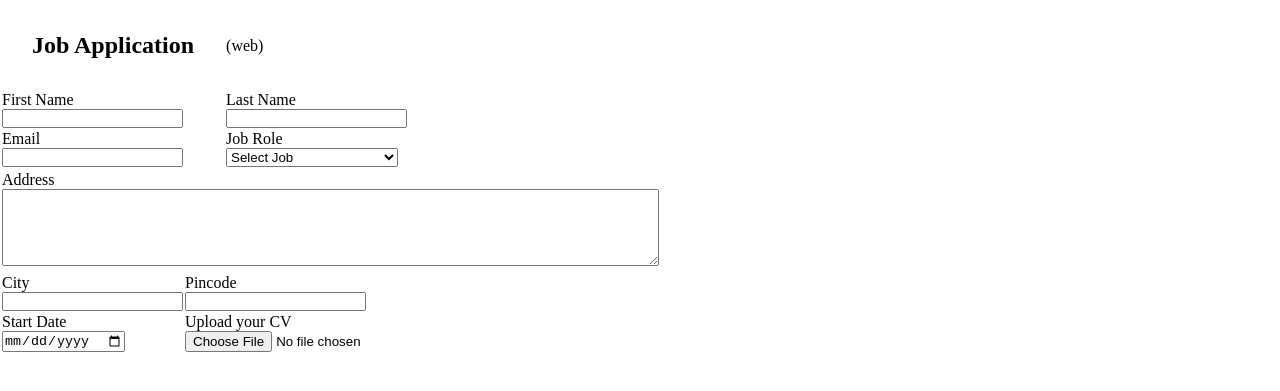
Repository: diensy/JOB-APPLICATION
Page: index.html
An editor plug-in stored every save of this project. The page is shown before and after the next save, followed by the edit.
The browser window is 1280 px wide. The pictures show the whole page.

Above is the page before, as saved 2024-02-27 00:56:55.

### index.html
<!DOCTYPE html>
<html lang="en">
  <head>
    <meta charset="UTF-8" />
    <meta name="viewport" content="width=device-width, initial-scale=1.0" />
    <title>Job Application Form</title>
    <link rel="stylesheet" href="Job_Application.css" />
  </head>
  <body>
    <form action="">
      <table>
        <tr>
          <td>
            <h2 class="head">Job Application</h2>
          </td>
          <td><p>(web)</p></td>
        </tr>
        <tr>
          <td>
            <label for="firstname" id="first">First Name</label>
            <br />
            <input type="text" id="first" />
          </td>
          <td>
            <label for="Lastname" id="last">Last Name</label>
            <br />
            <input type="text" id="last" />
          </td>
        </tr>
        <tr>
          <td>
            <label for="Email" id="Email">Email</label>
            <br />
            <input type="text" id="Email" />
          </td>
          <td>
            <label for="JobRole" id="Job">Job Role</label>
            <br />
            <select name="JobRole" id="Job">
              <option value="Select Job">Select Job</option>
              <option value="JAVA">JAVA DEVELOPER</option>
              <option value="WEB">WEB DEVELOPER</option>
              <option value="BACKEND">BACKEND DEVELOPER</option>
              <option value="MERN DEVELOPER">MERN DEVELOPER</option>
            </select>
          </td>
        </tr>
      </table>
      <table>
        <tr>
          <td>
            <label for="Address" id="address">Address</label>
            <br />
            <textarea name="Address" id="address" cols="80" rows="5"></textarea>
          </td>
        </tr>
      </table>
      <table>
        <tr>
          <td>
            <label for="city" id="city">City</label>
            <br />
            <input type="text" />
          </td>
          <td>
            <label for="pin" id="pin">Pincode</label>
            <br />
            <input type="text" id="pin" />
          </td>
        </tr>
        <tr>
          <td>
            <label for="date" id="date">Start Date</label>
            <br />
            <input type="date" id="date" />
          </td>
          <td>
            <label for="file" id="file">Upload your CV</label>
            <br />
            <input type="file" />
          </td>
        </tr>
      </table>
    </form>
  </body>
</html>

### Job_Application.css
* {
  margin: 0;
  padding: 0;
  box-sizing: border-box;
}

.head {
  margin: 30px;
}

After the next save:
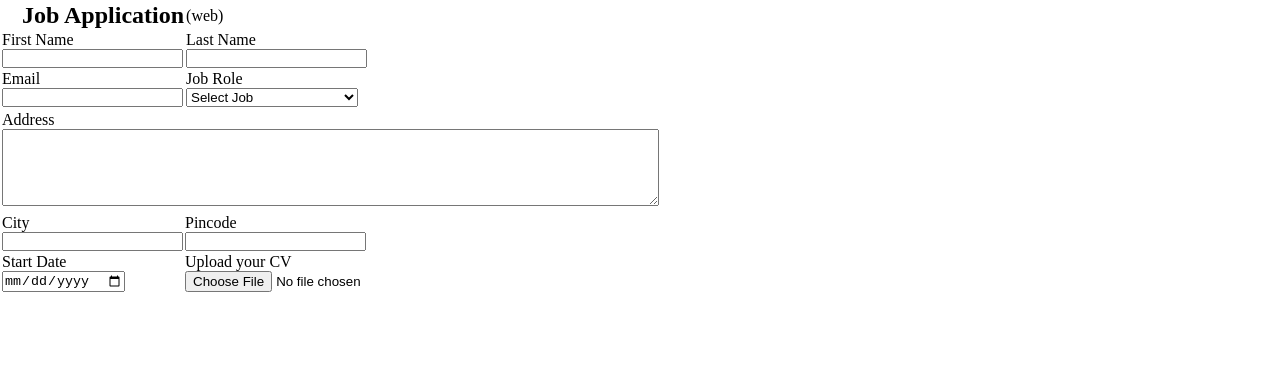
Saved 25 s later.
--- a/Job_Application.css
+++ b/Job_Application.css
@@ -5,5 +5,5 @@
 }
 
 .head {
-  margin: 30px;
+  margin-left: 20px;
 }
